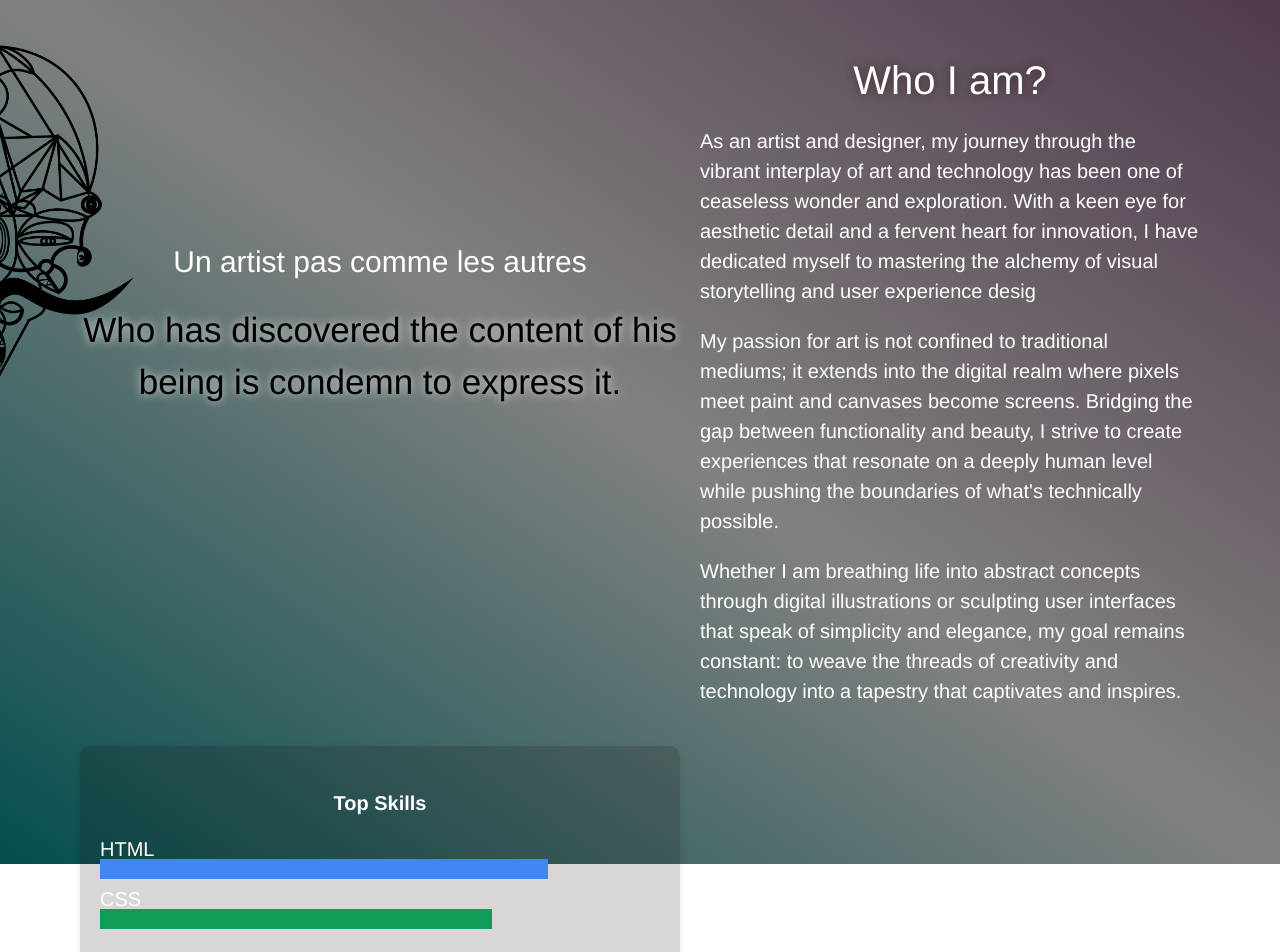
Repository: al-XLeMEsTRE/al-XLeMEsTRE
Page: index.html
The author's editor kept a copy of each file at every save. The page is drawn from the files as they stood at one save, then again after the next save.
The browser window is 1280 px wide. The pictures show the part of the page from y = 896 to 1848 px (the page is 5520 px tall before and 5620 px after).
A picture or video elsewhere on the page could not be fetched, so the positions and the page height are approximate.

Above is the page before, as saved 2023-11-23 19:10:17.

After the next save:
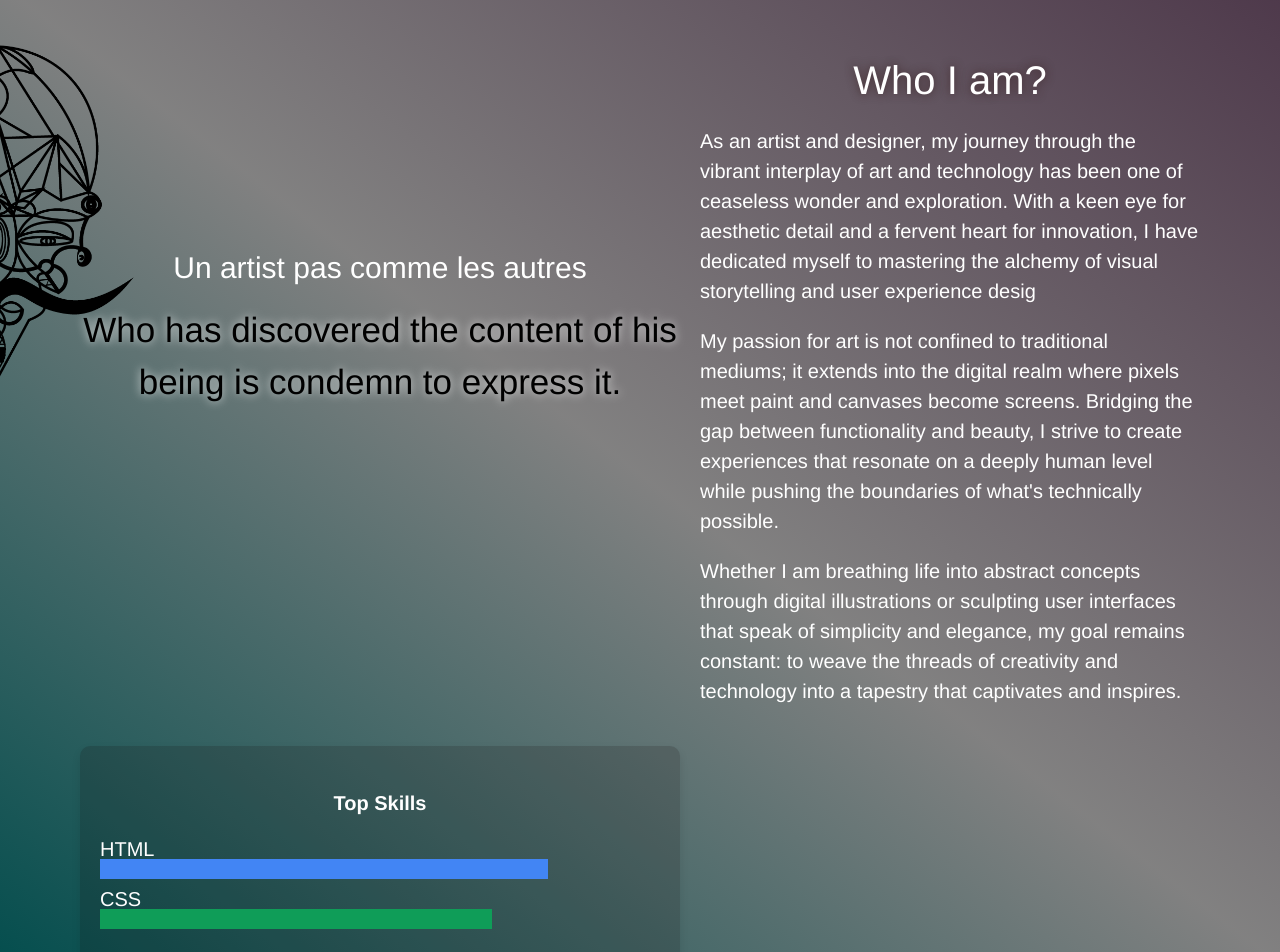
Saved 22 s later.
--- a/style/styles.css
+++ b/style/styles.css
@@ -193,9 +193,8 @@
     rgba(31, 30, 30, 0.562),
     rgba(30, 3, 26, 0.787)
   );
-
   height: 100vh;
-  min-height: 880px;
+  min-height: 980px;
   max-height: 1000px;
   padding: 30px 80px 40px;
   position: relative;
